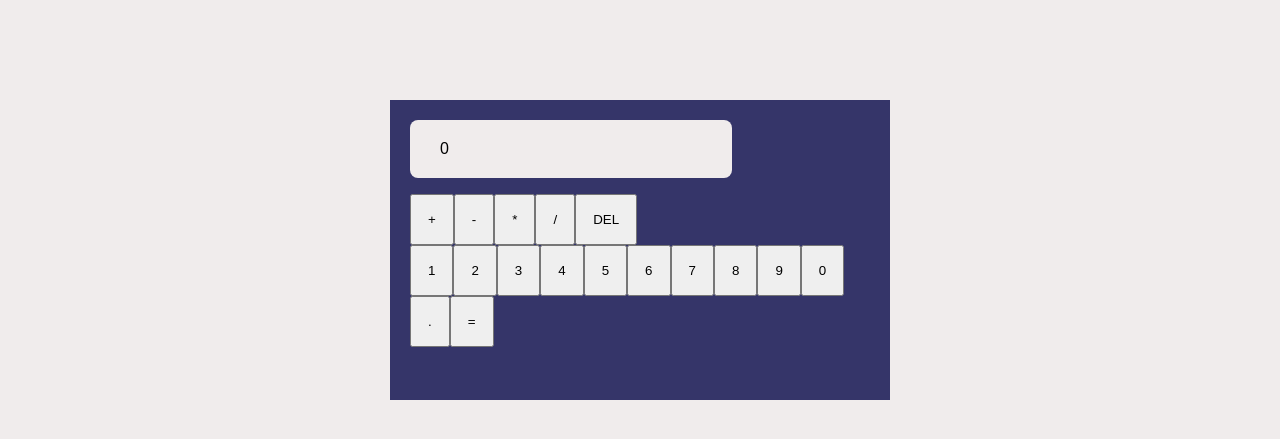
Repository: Bishek666/simple-calculator
Page: /
The author's editor kept a copy of each file at every save. The page is drawn from the files as they stood at one save, then again after a run of saves.
The browser window is 1280 px wide. The pictures show the whole page.
The project was rebuilt for these pictures with package versions that can differ from the ones it lists, and the page was loaded fresh each time.

Above is the page before, as saved 2021-10-20 17:44:40.

After the next 2 saves:
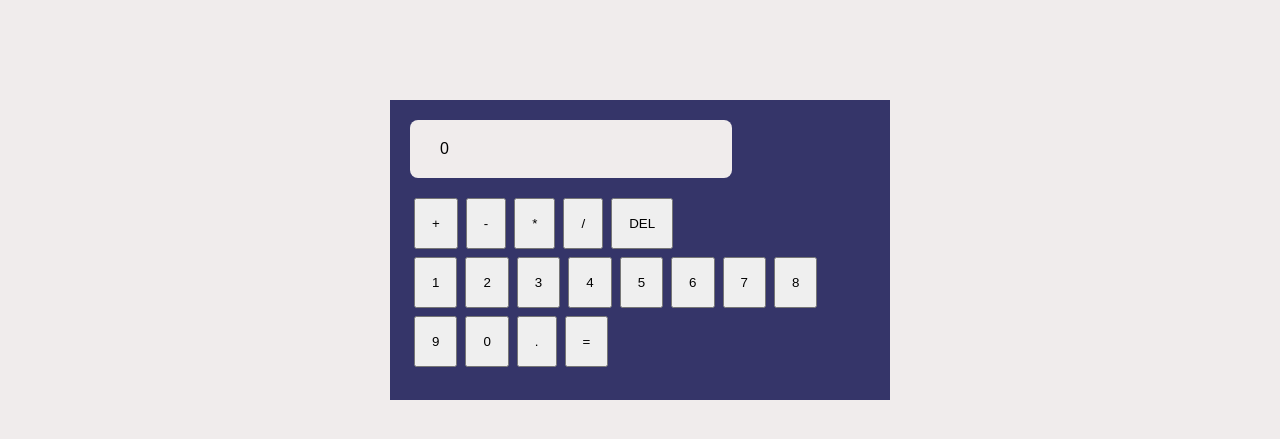
The 2 saves are shown as one change because they came seconds apart.
The last was saved 13 s later.
--- a/src/index.css
+++ b/src/index.css
@@ -18,6 +18,7 @@ body {
 
 button {
     padding: 1rem;
+    margin: 4px;
 }
 
 .container-calculator {
